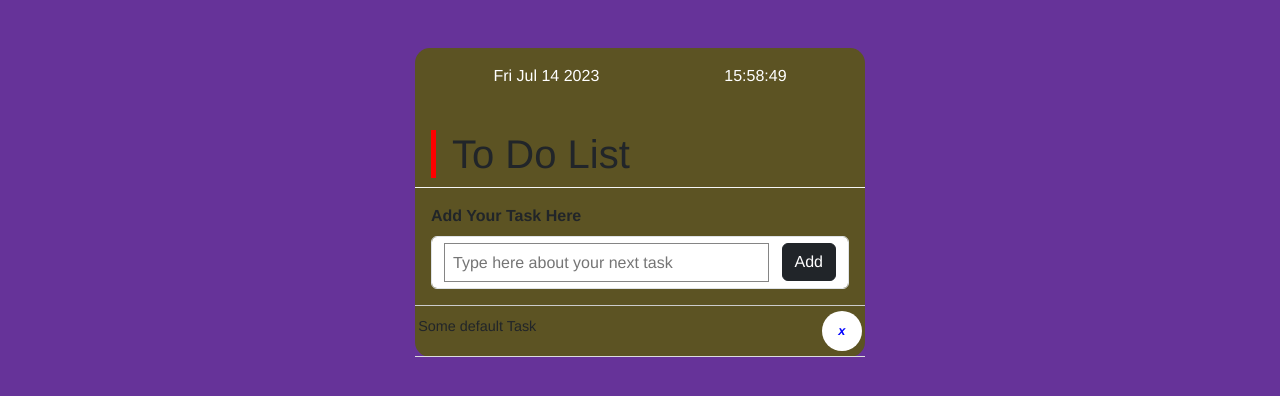
Repository: Passionblaz/TODO
Page: TODO/Untitled-1.html
These files come from the project's save history. The page is drawn as it stood at one moment and after the next save; the edit follows.
The browser window is 1280 px wide. The pictures show the whole page.

Above is the page before, as saved 2023-07-14 16:16:35.

### TODO/Untitled-1.html
<!DOCTYPE html>
<html lang="en">
<head>
  <meta charset="UTF-8">
  <meta name="viewport" content="width=device-width, initial-scale=1.0">
  <title>Document</title>
  <link href="https://cdn.jsdelivr.net/npm/bootstrap@5.3.0/dist/css/bootstrap.min.css" rel="stylesheet" integrity="sha384-9ndCyUaIbzAi2FUVXJi0CjmCapSmO7SnpJef0486qhLnuZ2cdeRhO02iuK6FUUVM" crossorigin="anonymous">
  <!-- Bootstrap Bundle JS (jsDelivr CDN) -->
  <script defer src="https://cdn.jsdelivr.net/npm/bootstrap@5.3.0/dist/js/bootstrap.bundle.min.js" integrity="sha384-geWF76RCwLtnZ8qwWowPQNguL3RmwHVBC9FhGdlKrxdiJJigb/j/68SIy3Te4Bkz" crossorigin="anonymous"></script>
  <link rel="stylesheet" href="todostyles.css">
  <script src="main.js" defer></script>
</head>
<body onload="time()">
<div class="todo-container">
  <div class="date-hour">
    <p id="date">Date</p>
    <p id="hour">Hour</p>
  </div>

<header>
  <h1>To Do List</h1>
</header>
<!-- Add Tasks -->

<form action="" id="todo-form">
  <p>Add Your Task Here</p>
<div class="form-control">
<input type="text" id="todo-input" placeholder="Type here about your next task">
<div class="button">
  <button type="submit" class="btn btn-dark">Add</button>
 </div>
</div>
</form>
    <!--Complete-->

    <!-- Edit The Tasks

<form action="" id="edit-form" class="hide">
  <p>Edit Your Task</p>
<div class="form-control">
<input type="text" id="edit-input" placeholder="Type here about your next task">
<div class="button2">
  <button type="button" class="btn btn-dark">Add</button>
 </div>
</div>
<button type="button" id="cancel-edit-btn">All</button>
<button type="button" id="active-task-btn">Active</button>
<button type="button" id="completed-task-btn">Completed</button>
</form>
    -->
    <!-- I need it?-->

    <!-- Task List-->

<div class="todo-list" id="todo-list">
  <div class="todo">
    <h3>Some default Task</h3>
    <!-- Extra buttons
    <button class="finished-todo">
      <i class="fa-solid fa-check"></i>
    </button>
    <button class="edit-todo">
      <i class="fa-solid fa-pen"></i>
    </button>
    -->
    <button class="remove-todo">
      <i class="fa-solid fa-xmark">x</i>
    </button>
  </div>
</div>
</div>



</body>
</html>

### TODO/todostyles.css
*{
  padding: 0;
  margin: 0;
  box-sizing: border-box;
}
body{
  font-family: 'Franklin Gothic Medium', 'Arial Narrow', Arial, sans-serif;
  background: rebeccapurple;

}
.form-control {
  display: flex;
}
.form-control input {
  flex: 1;
  outline: 0;
box-shadow: none;
border: 1px solid #858585;
}
.form-control button:hover {
  background-color: green;
}
.date-hour {
  display: flex;
  justify-content: space-around;
  align-items:center;
  padding: 1rem 1rem 1.5rem 1rem;
  font-size: 16px;
  color: white;
}
button {
  background-color: darkorange;
  color: blue;
  border: 2px solid red;
  padding: 0.2rem 0.4rem;
  font-size: .8rem;
  cursor: pointer;
  justify-content: center;
  align-items: center;
  transition: .4s;
  border: 1px solid orange;
}
button:hover {
  background-color: orangered;
  color: white;
}
button > i {
  font-weight: bold;
  pointer-events: none;
}
input {
  padding: .4rem .5rem;
}
.hide {
  display: none;
}
.todo-container {
  background-color: #5c5323;
  border-radius: 15px;
  width: 450px;
  margin: 3rem auto;
  padding: 1.5.rem;
}
.todo-container header {
  padding: 0.1rem 1rem;
border-bottom: 1px solid whitesmoke;
}
header >h1 {
  padding-left: 16px;
  border-left: 5px solid red;
}

#todo-form, #edit-form {
  padding: 1rem;
  border-bottom: 1px solid #ccc;
}
#todo-form > p, #edit-form > p {
  margin-bottom: .5rem;
  font-weight: bold;
}
.form-control >input {
  margin-right: .8rem;
}
#cancel-edit-btn {
  margin-top: 1rem;
}
#active-edit-btn {
  margin-top: 1rem;
}
#completed-edit-btn {
  margin-top: 1rem;
}
.todo {
  display: flex;
  justify-content: space-around;
  align-items: center;
  padding: 0.3rem 0.2rem;
  border-bottom: 1px solid #ddd;
transition: .3s;
}
.todo h3 {
  flex: 1;
  font-size: 0.9rem;
}
.todo button {
  margin-left: 0.4rem;
  border-radius: 50%;
  width: 40px;
  height: 40px;
  border: none;
  background-color: white;
}
.done h3 {
  color: white;
  text-decoration: line-through;
  font-style: italic;
}
.todo button:hover, .done button {
background-color: #0068cf;
color: #ecf0f1
}
.done > button:hover {
  background-color: #ecf0f1;
  color: #395169;
}
.todo-list{
  max-height: 220px;
  overflow: auto;
}

### TODO/main.js
const data = new Date ()

const todoForm = document.querySelector("#todo-form")
const todoInput = document.querySelector("#todo-input")
const todoList = document.querySelector("#todo-list")
const editForm = document.querySelector("#edit-form")
const editInput = document.querySelector("#edit-input")
const cancelEdition = document.querySelector("#cancel-edit-btn")
  //Time
const timeElapsed = Date.now();
const today = new Date(timeElapsed);
document.getElementById("date").innerHTML = today.toDateString();
//Time Settings
function time() {
  const data = new Date ();
  let h = data.getHours();
  let m = data.getMinutes();
  let s = data.getSeconds();

  if(h < 10)
    h = "0"+h;
  if (m < 10)
    m = "0" + m;
  if(s < 10)
    s = "0"+s;

    document.getElementById("hour").innerHTML = h +":" + m + ":" + s;
    setTimeout('time()', 500);
}
todoForm.addEventListener("submit", (e) => {
  e.preventDefault();
  const inputValue = todoInput.value;
  if(inputValue)
    saveTodo(inputValue); //Save Function
})
const saveTodo = (text) => {
  const todo = document.createElement("div");
  todo.classList.add("todo");

  const todoTitle = document.createElement("h3");
  todoTitle.innerText = text;
  todo.appendChild(todoTitle);

  const doneBtn = document.createElement("button");
  doneBtn.classList.add("finish-todo");
  //doneBtn.innerHTML = 'i class="fa-solid fa-check"></i>';
  todo.appendChild(doneBtn);

  const editBtn = document.createElement("button");
  editBtn.classList.add("edit-todo");
  editBtn.innerHTML = 'i class="fa-solid fa-check"></i>';
  todo.appendChild(doneBtn);

  const removeBtn = document.createElement("button");
  removeBtn.classList.add("remove-todo");
  removeBtn.innerHTML = 'i class="fa-solid fa-check"></i>';
  todo.appendChild(doneBtn);

  todoList.appendChild(todo);
  todoInput.value = "";
  todoInput.focus();
}
document.addEventListener("click", (e) => {

})

After the next save:
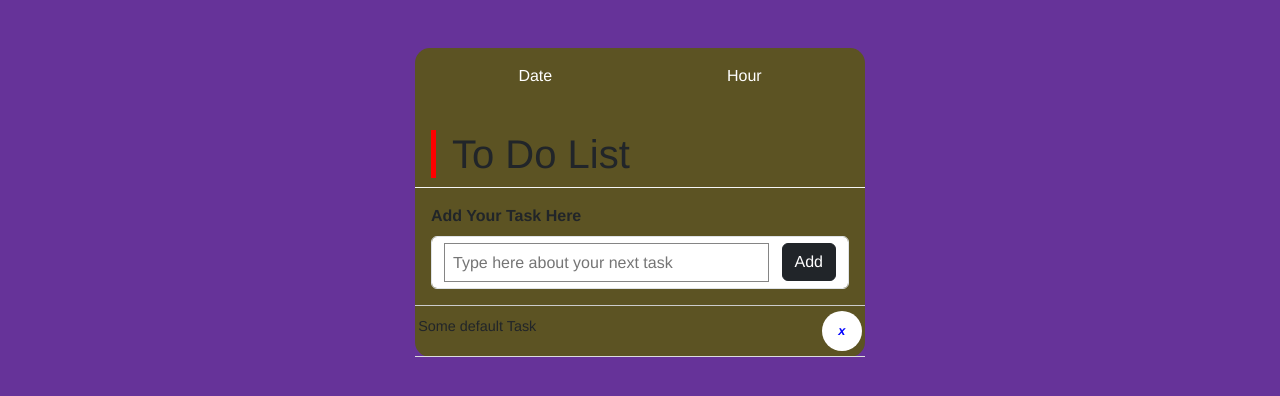
Console error: SyntaxError: Unexpected token '}'
Saved 9 s later.
--- a/TODO/main.js
+++ b/TODO/main.js
@@ -61,5 +61,5 @@
   todoInput.focus();
 }
 document.addEventListener("click", (e) => {
-
+  const
 })

After the 4 saves that followed:
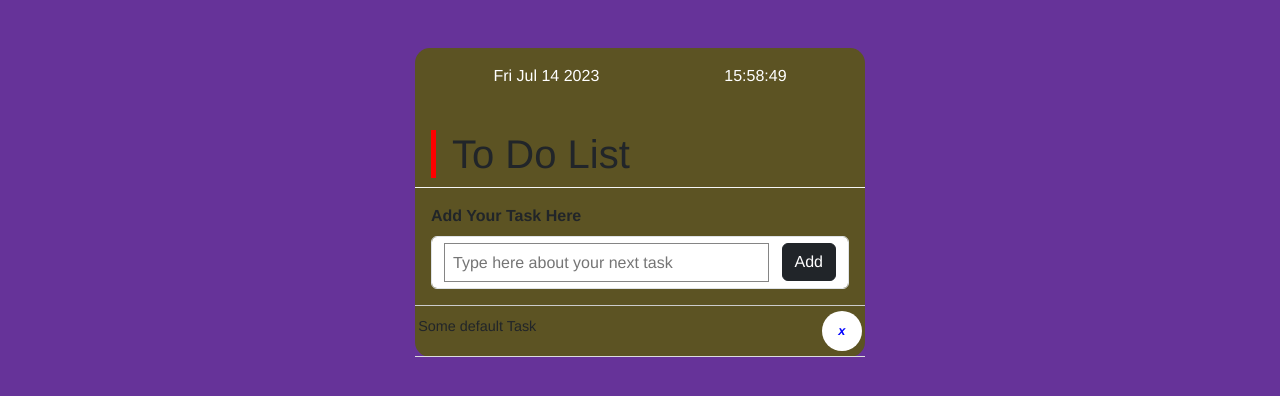
The error is gone.
The 4 saves are shown as one change because 1 left the picture as it was and some came seconds apart.
The last was saved 13 s later.
--- a/TODO/main.js
+++ b/TODO/main.js
@@ -61,5 +61,6 @@
   todoInput.focus();
 }
 document.addEventListener("click", (e) => {
-  const
+  const targetEl = e.target;
+
 })
